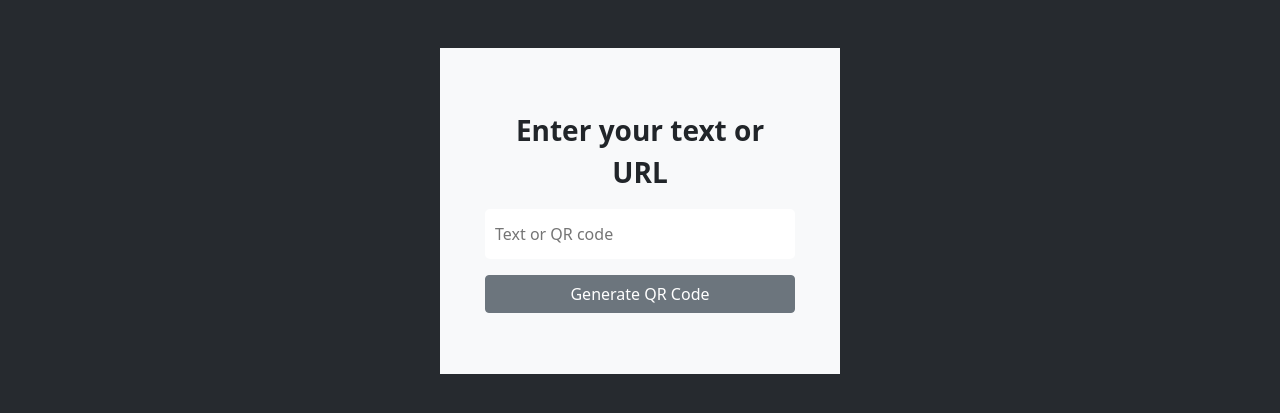
Repository: zeinawady/Qr-Code-Generator-App
Page: index.html
An editor plug-in stored every save of this project. The page is shown before and after the next save, followed by the edit.
The browser window is 1280 px wide. The pictures show the whole page.

Above is the page before, as saved 2024-10-30 00:32:23.

### index.html
<!DOCTYPE html>
<html lang="en">
<head>
    <meta charset="UTF-8">
    <meta name="viewport" content="width=device-width, initial-scale=1.0">
    <title>Qr code generator</title>
    <link rel="stylesheet" href="css/bootstrap.min.css.map">
    <link rel="stylesheet" href="css/bootstrap.min.css">
    <link rel="stylesheet" href="css/style.css">
</head>
<body>
    <div class="container  d-flex justify-content-center align-items-center bg-light mt-5">
   <div class="qr-container">
<p class="my-3 fw-bold fs-3 text-center">Enter your text or URL</p>
<input type="text" placeholder="Text or QR code">
<button class="btn btn-secondary my-3 w-100 ">Generate QR Code</button>
   </div>
</div>

    <script src="js/bootstrap.bundle.min.js"></script>
    <script src="js/bootstrap.bundle.min.js.map"></script>
<script src="js/script.js"></script>
</body>
</html>

### css/style.css
body{
    background-color:#262a2f ;
}
.container{
    max-width: 400px;
   padding: 45px;
}
input{
    width: 100%;
    height: 50px;
    border: none;
    outline: none;
    padding: 10px;
   border-radius: 5px;
}

Loaded but not shown: css/bootstrap.min.css (library); js/bootstrap.bundle.min.js (library); js/script.js (no copy from this time; the picture is the same without it)

After the next save:
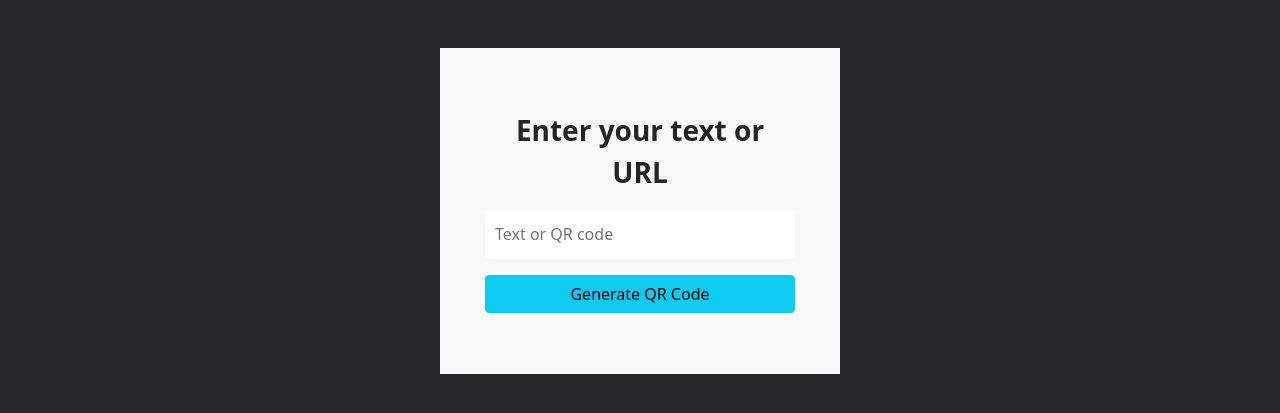
Saved 16 s later.
--- a/index.html
+++ b/index.html
@@ -13,7 +13,7 @@
    <div class="qr-container">
 <p class="my-3 fw-bold fs-3 text-center">Enter your text or URL</p>
 <input type="text" placeholder="Text or QR code">
-<button class="btn btn-secondary my-3 w-100 ">Generate QR Code</button>
+<button class="btn btn-info my-3 w-100 ">Generate QR Code</button>
    </div>
 </div>
 
